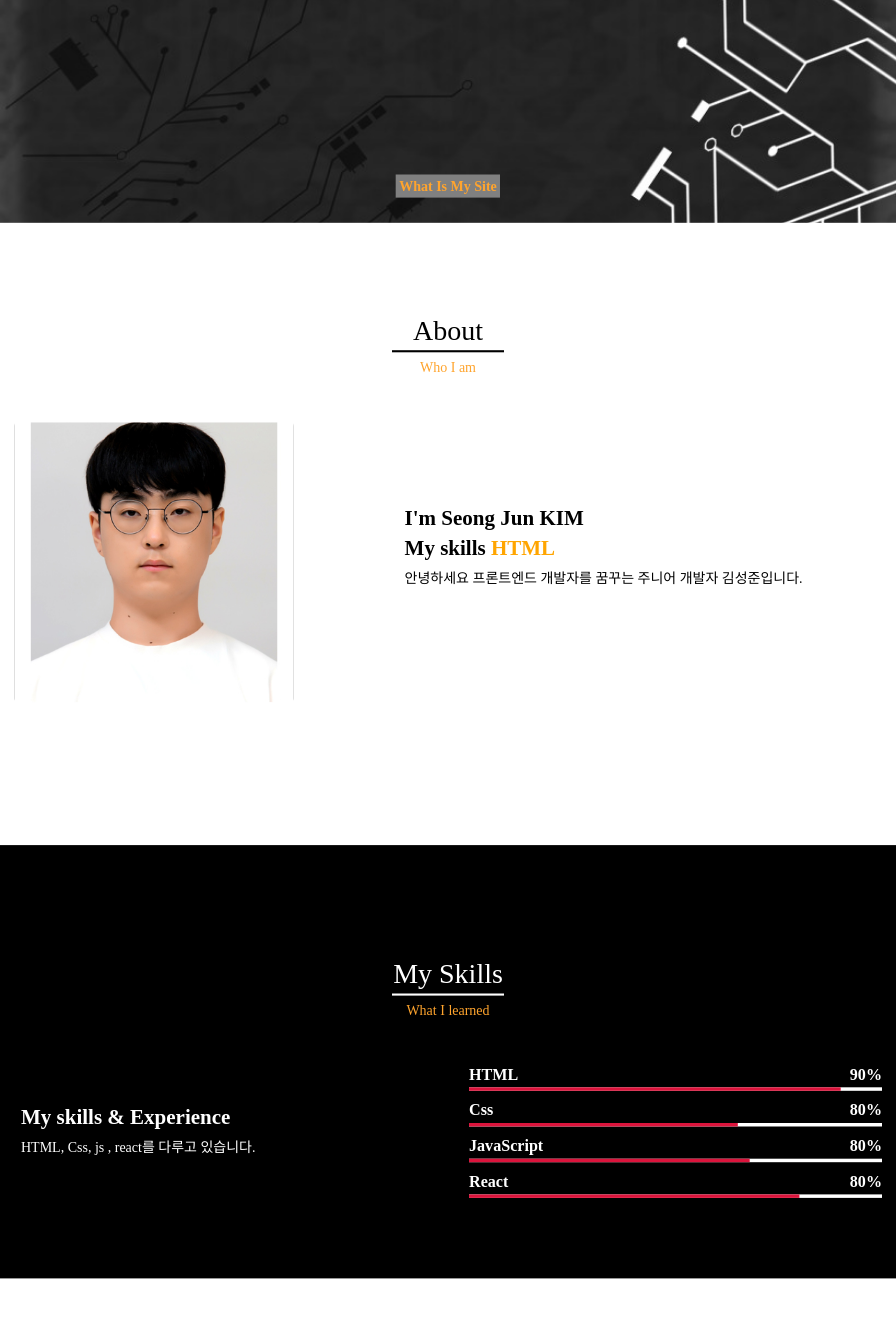
Repository: jun01270/jun
Page: index.html
The author's editor kept a copy of each file at every save. The page is drawn from the files as they stood at one save, then again after the next save.
The browser window is 1280 px wide. The pictures show the part of the page from y = 475 to 2395 px (the page is 3322 px tall before and 3480 px after), at 70% of full size.
Some web libraries are served in a nearby version.

Above is the page before, as saved 2023-05-10 17:08:22.

After the next save:
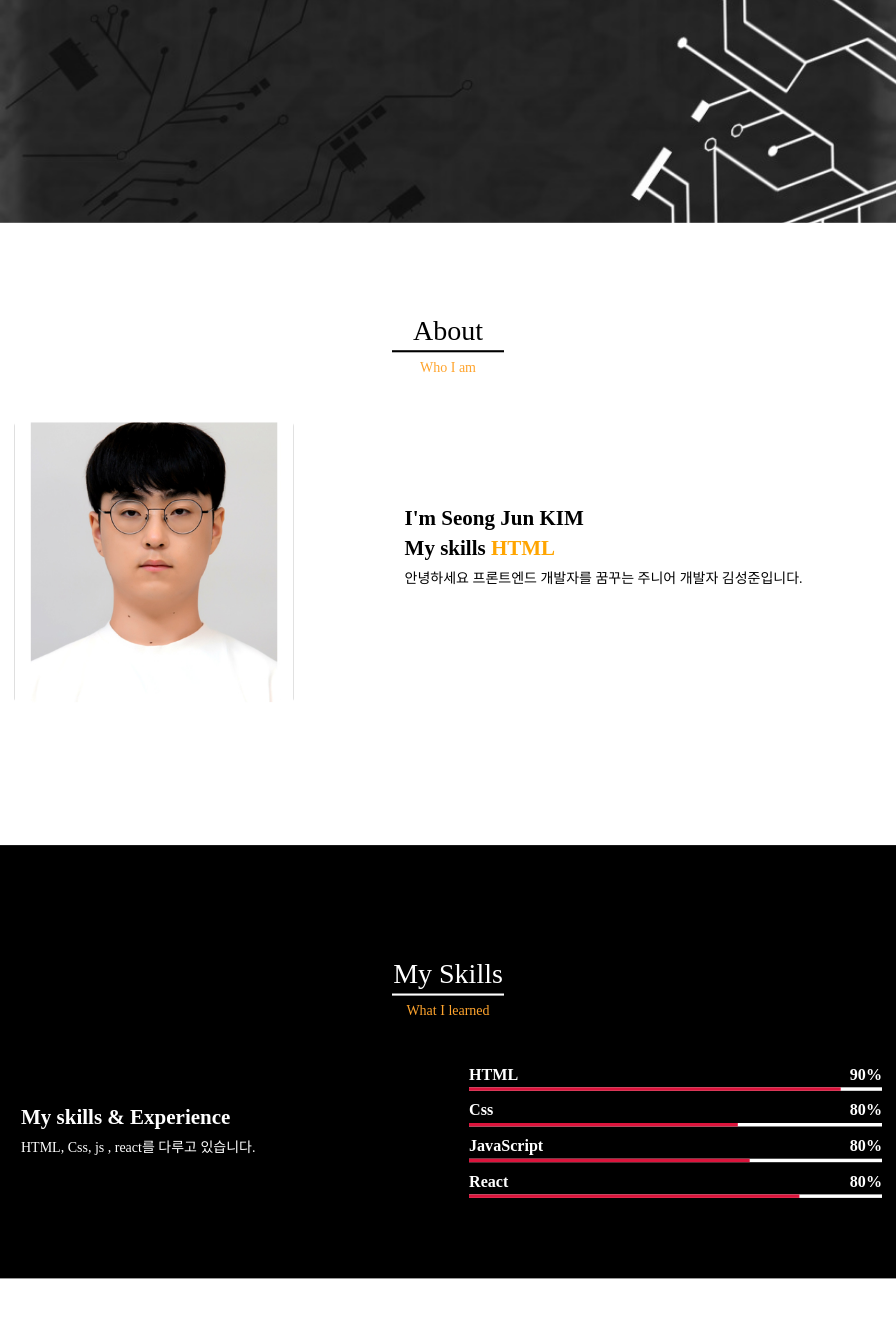
Saved 2 min 11 s later.
--- a/css/style.css
+++ b/css/style.css
@@ -31,7 +31,7 @@ html {
 
 .about .title,
 .skills .title,
-.my-site .title,
+.my-sites .title,
 .contact .title {
   position: relative;
   text-align: center;
@@ -43,7 +43,7 @@ html {
 
 .about .title::before,
 .skills .title::before,
-.my-site .title::before,
+.my-sites .title::before,
 .contact .title::before {
   content: "";
   position: absolute;
